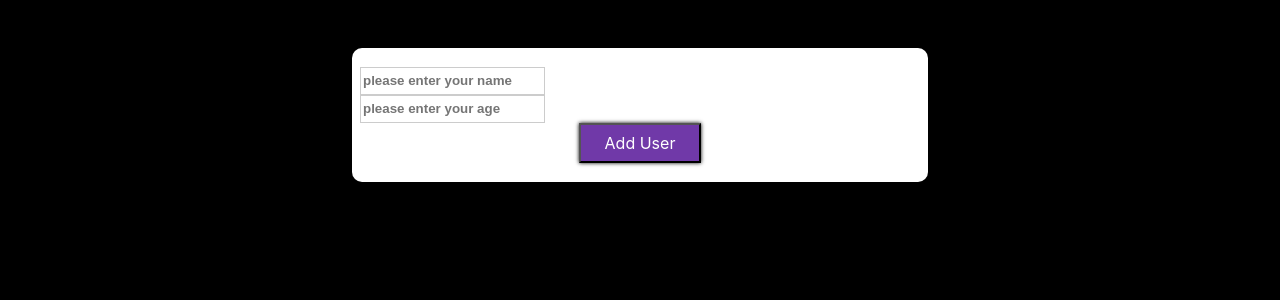
Repository: NamalPathirana/section-eight
Page: /
An editor plug-in stored every save of this project. The page is shown before and after the next save, followed by the edit.
The browser window is 1280 px wide. The pictures show the whole page.
The project was rebuilt for these pictures with package versions that can differ from the ones it lists, and the page was loaded fresh each time.

Above is the page before, as saved 2021-11-26 02:46:15.

After the next save:
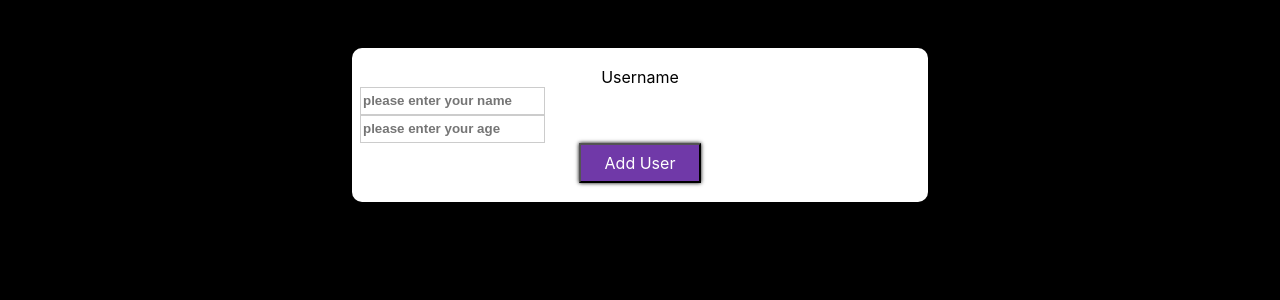
Saved 52 s later.
--- a/src/Components/UserInput/UserInput.js
+++ b/src/Components/UserInput/UserInput.js
@@ -5,6 +5,7 @@ const UserInput = () => {
     return (
         <form>
         <div className={styles.frame}>
+            <label>Username</label>
             <input placeholder='please enter your name'/>
             <input placeholder='please enter your age'/>
             <Button name='Add User'></Button>
